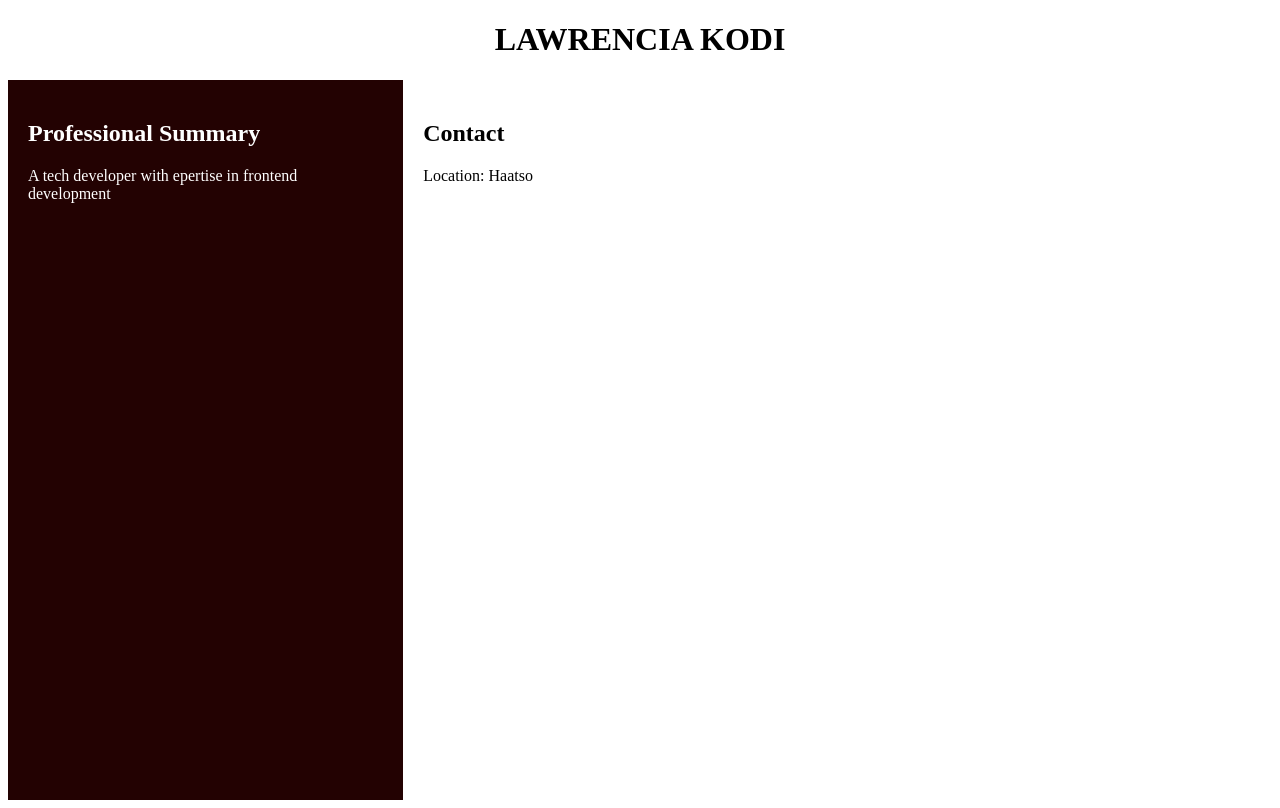
Repository: lawrencia-coder/T4G_CV
Page: index.html
These files come from the project's save history. The page is drawn as it stood at one moment and after a run of saves; the edit follows.
The browser window is 1280 px wide. The pictures show the whole page.
Some web libraries are served in a nearby version.

Above is the page before, as saved 2026-07-09 07:27:42.

### index.html
<!DOCTYPE html>
<html lang="en">
<head>
    <meta charset="UTF-8">
    <meta name="viewport" content="width=device-width, initial-scale=1.0">
    <script src="https://kit.fontawesome.com/c72fc9c022.js" crossorigin="anonymous"></script>
    <title>T4G_CV</title>
    <link rel="stylesheet" href="style.css">
</head>
<body>
    <h1>LAWRENCIA KODI</h1>
    <div class="cv-container">
        <div class="left-column">
            <h2>Professional Summary</h2>
              <p>A tech developer with epertise in frontend development</p>
        </div>
         <div class="right-column">
             <h2> Contact</h2>
              <p>Location: Haatso</p>
         </div>
    </div>

</body>
</html>

### style.css
/* working on my headings */
h1{
    text-align: center;
    background-color: ;
}
.cv-container{
    display: flex;
    width: 100%;
    min-height: 100vh;
}

.left-column{
width: 30%;
background-color: rgb(35, 2, 2);
color: white;
padding: 20px;
}

.right-column{
    width: 70%;
    background-color: white;
    color: black;
    padding: 20px;
}

After the next 2 saves:
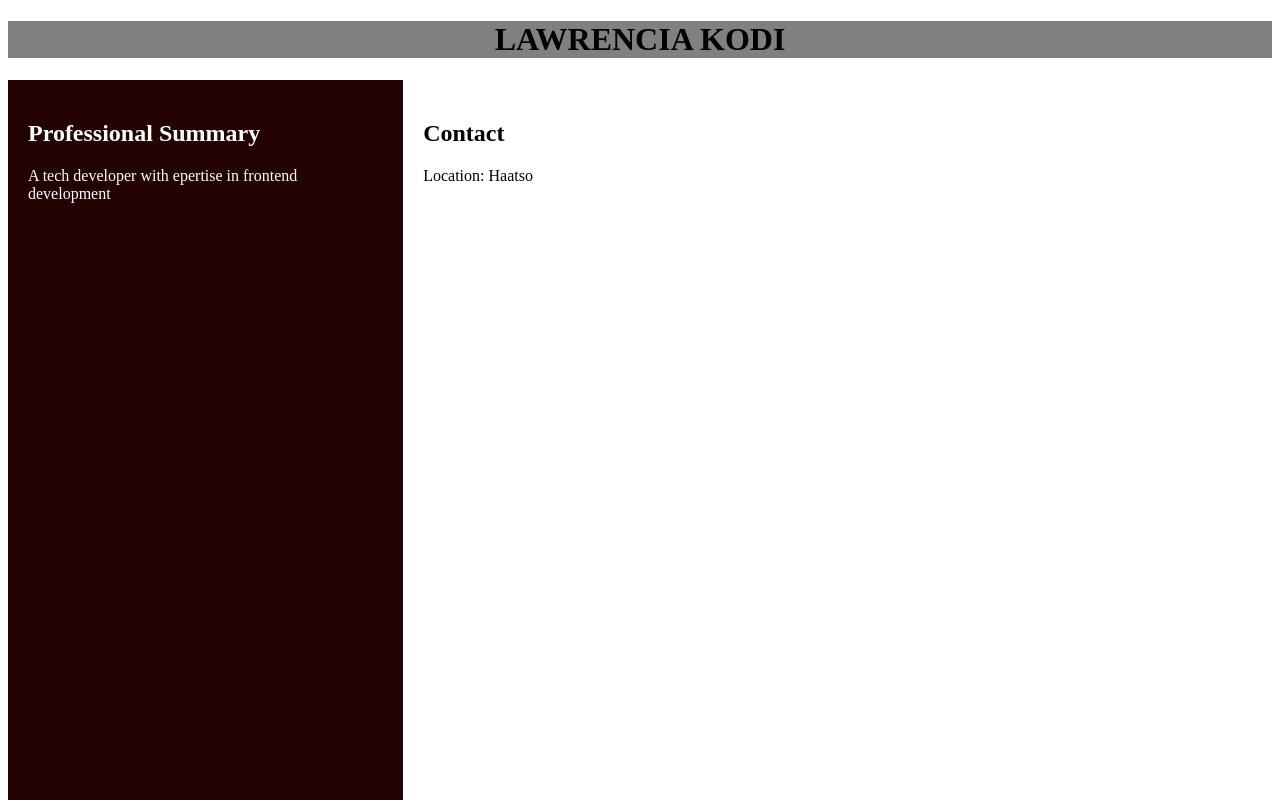
The 2 saves are shown as one change because they came seconds apart.
The last was saved 28 s later.
--- a/style.css
+++ b/style.css
@@ -1,7 +1,7 @@
 /* working on my headings */
 h1{
     text-align: center;
-    background-color: ;
+    background-color: grey;
 }
 .cv-container{
     display: flex;
